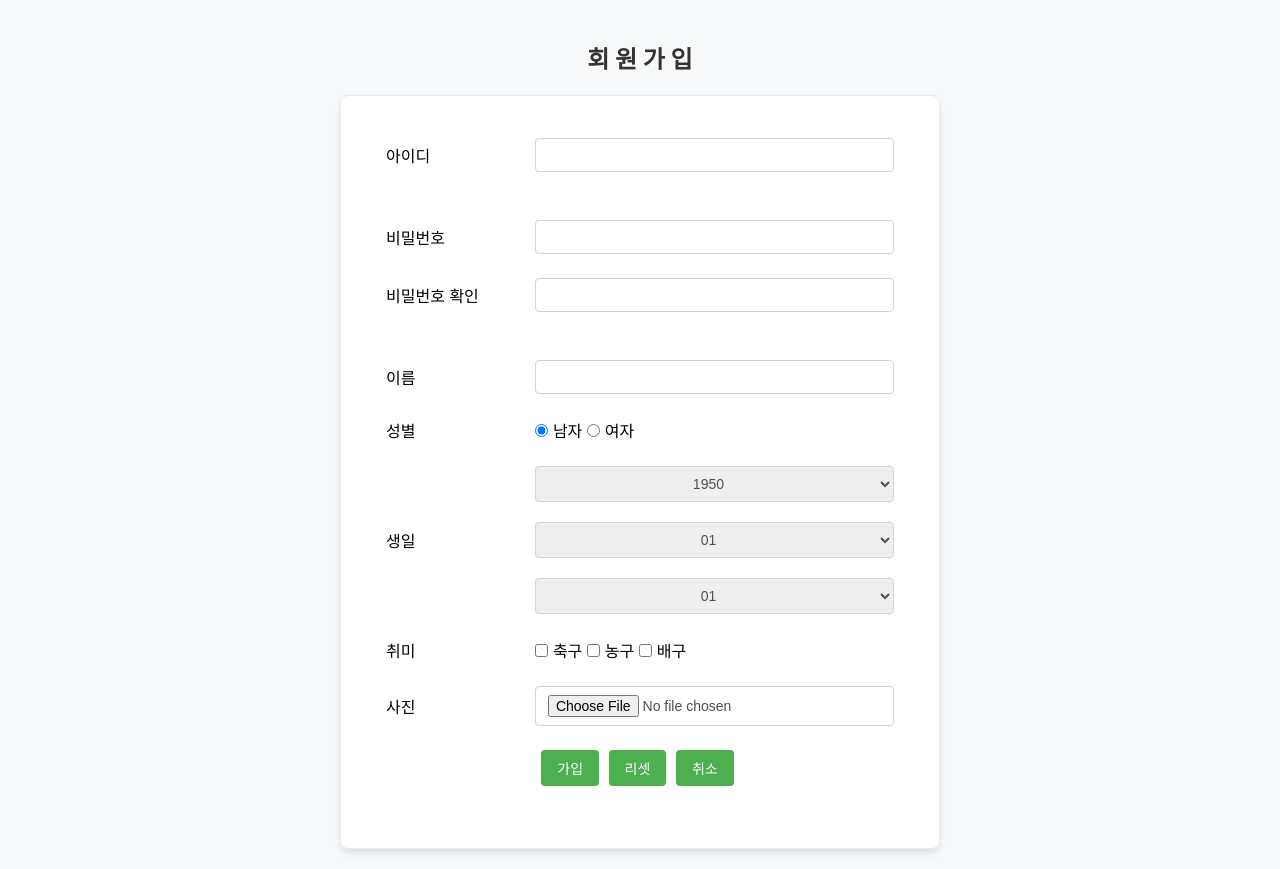
Repository: 1plus1equals3-true/Board-Project
Page: http://localhost/jsp/member/Join.jsp
An editor plug-in stored every save of this project. The page is shown before and after the next save, followed by the edit.
The browser window is 1280 px wide. The pictures show the whole page.
The page is served by Tomcat 9. Other server files are loaded and not shown.

Above is the page before, as saved 2025-09-16 02:19:11.

### jsp/src/main/webapp/member/Join.jsp
<%@ page language="java" contentType="text/html; charset=UTF-8"
    pageEncoding="UTF-8"%>
<%@ page import="java.util.Date" %>
<%@ page import="java.text.SimpleDateFormat" %>
<!DOCTYPE html>
<html>
<head>
<meta charset="UTF-8">
<title>회원가입</title>
<script src="https://code.jquery.com/jquery-3.7.1.min.js"></script>
<style>
/* 전역 스타일 */
*{
	margin: 0 auto;
	padding: 0;
	text-align: center;
	box-sizing: border-box;
}

body {
    background-color: #f8f9fa;
    font-family: -apple-system, BlinkMacSystemFont, "Segoe UI", Roboto, "Helvetica Neue", Arial, sans-serif;
}

/* 제목 스타일 */
h2 {
    color: #333;
    margin-top: 40px;
    margin-bottom: 20px;
}

/* 폼 컨테이너 */
form {
    background-color: #fff;
    padding: 30px;
    border: 1px solid #e9ecef;
    border-radius: 8px;
    width: 90%;
    max-width: 600px;
    margin: 20px auto;
    box-shadow: 0 4px 6px rgba(0,0,0,0.1);
}

/* 테이블 스타일 (게시판 테이블과 유사하게) */
table {
    width: 100%;
    border-collapse: collapse;
    margin-bottom: 20px;
}

table td {
    padding: 12px 15px;
    text-align: left;
}

/* 입력 필드, 선택 박스 스타일 (검색 폼과 유사하게) */
input[type="text"],
input[type="password"],
input[type="file"],
select {
    padding: 8px 12px;
    border: 1px solid #ced4da;
    border-radius: 4px;
    font-size: 14px;
    color: #495057;
    width: 100%;
    box-sizing: border-box;
}

/* 라디오 버튼, 체크박스 스타일 */
input[type="radio"],
input[type="checkbox"] {
    width: auto;
    margin-right: 5px;
}

/* 버튼 스타일 (게시판 글쓰기, 검색 버튼과 유사하게) */
input[type="submit"],
input[type="reset"],
button {
    padding: 8px 16px;
    border: none;
    border-radius: 4px;
    background-color: #4CAF50;
    color: white;
    font-size: 14px;
    cursor: pointer;
    transition: background-color 0.3s ease;
    margin-right: 5px;
}

input[type="submit"]:hover,
input[type="reset"]:hover,
button:hover {
    background-color: #0056b3;
}

</style>
</head>
<body>
<%
  Date today = new Date(); // 현재 날짜와 시간 객체 생성
  SimpleDateFormat yearFormat = new SimpleDateFormat("yyyy"); // 년도 형식 지정
  String year = yearFormat.format(today); // 년도만 추출
  int intyear = Integer.parseInt(year);
%>
	<h2>회 원 가 입</h2>
<%
	String loginerr = request.getParameter("loginerr");
	if (loginerr != null) out.print("비밀번호가 일치하지 않습니다.");
%>

	<form action="Join_proc.jsp" method="post" enctype="multipart/form-data">
		<table>
		<tr>
		<td>아이디</td>
		<td><input type="text" name="uid" id="uid" onkeyup="id_check()"></td>
		</tr>

		<tr>
		<td colspan="2" style="text-align: center;"><span id="id_msg"></span></td>
		</tr>

		<tr>
		<td>비밀번호</td>
		<td><input type="password" name="upass1" id="upass1" onkeyup="pass_check()"></td>
		</tr>

		<tr>
		<td>비밀번호 확인</td>
		<td><input type="password" name="upass2" id="upass2" onkeyup="pass_check()"></td>
		</tr>

		<tr>
		<td colspan="2" style="text-align: center;"><span id="pass_msg"></span></td>
		</tr>

		<tr>
		<td>이름</td>
		<td><input type="text" name="uname"></td>
		</tr>

		<tr>
		<td>성별</td>
		<td><input type="radio" name="sex" value="M" checked="checked">남자
			<input type="radio" name="sex" value="F">여자</td>
		</tr>

		<tr>
		<td>생일</td>
		<td>
		<select name="yyyy">
		<%
			for (int i=1950; i<=intyear; i++) {
		%>
				<option value="<%= i %>"><%= i %></option>
		<%
			}
		%>
		</select><br><br>

		<select name="mm">
		<%
			for (int i=1; i<=12; i++) {
		%>
				<option value="<%= i %>">
										<% if (i < 10) { %>
											0<%= i %>
										<% } else { %>
											<%= i %>
										<% } %>
				</option>
		<%
			}
		%>
		</select><br><br>

		<select name="dd">
		<%
			for (int i=1; i<=31; i++) {
		%>
				<option value="<%= i %>">
										<% if (i < 10) { %>
											0<%= i %>
										<% } else { %>
											<%= i %>
										<% } %>
				</option>
		<%
			}
		%>
		</select>
		</td>
		</tr>

		<tr>
		<td>취미</td>
		<td><input type="checkbox" name="hobby" value="football">축구
			<input type="checkbox" name="hobby" value="basketball">농구
			<input type="checkbox" name="hobby" value="Volleyball">배구</td>
		</tr>

		<tr>
		<td>사진</td>
		<td><input type="file" name="upfile" accept=".gif, .jpg, .png"></td>
		</tr>

		<tr>
		<td colspan="2" style="text-align: center;"><input type="submit" value="가입">
			<input type="reset" value="리셋">
		<button type="button" onclick="history.back()">취소</button>
		</td>
		</tr>

		</table>
	</form>
</body>

<script type="text/javascript">
function submit_check() {
	var uid = document.getElementById("uid");
	   if(uid.value.trim().length < 4 ){
	      alert('아이디');
	      uid.focus();
	      return;
	}
	   document.join_form.submit();
}

function id_check()
{
   var uid = $('#uid').val();

   if(uid.length < 4)
   {
      return;
   }

   $.ajax({
      url : "./Join_check.jsp",
      type : "post",
      data : {uid: uid},
      dataType : 'html',
      success : function(result){

         var data = result.trim();

         if(data == "Y")
         {
            var msg = "<font color='blue'>아이디 사용 가능</font>";
            $('#id_msg').html(msg);
         }
         else
         {
            var msg = "<font color='red'>아이디 사용 불가</font>";
            $('#id_msg').html(msg);
         }
      },
      error: function (request, status, error) {
           console.log("code: " + request.status)
           console.log("message: " + request.responseText)
           console.log("error: " + error);
       }
   });
   return;
}

function pass_check() {
	var pass1 = $('#upass1').val();
	var pass2 = $('#upass2').val();

	if(pass1.length < 4 || pass2.length < 4)
	   {
			return;
	   }

	if (pass1 == pass2) {
		$('#pass_msg').html("<font color='blue'>비밀번호 확인됨</font>");
	}else {
		$('#pass_msg').html("<font color='red'>비밀번호 서로 다름</font>");
	}
}
</script>


</html>

After the next save:
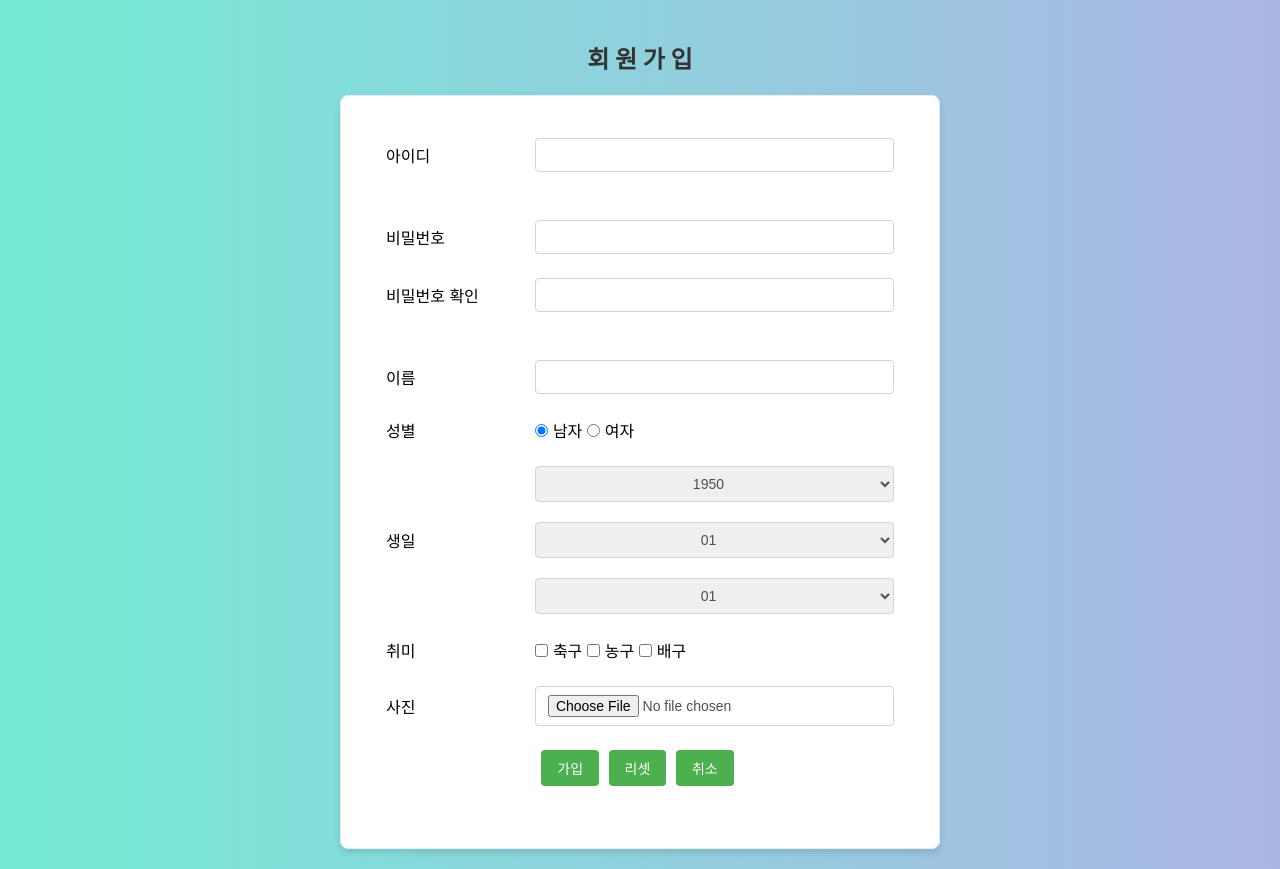
Saved 6 min 6 s later.
--- a/jsp/src/main/webapp/member/Join.jsp
+++ b/jsp/src/main/webapp/member/Join.jsp
@@ -18,6 +18,7 @@
 }
 
 body {
+    background: linear-gradient(to right, #74ebd5, #ACB6E5);
     background-color: #f8f9fa;
     font-family: -apple-system, BlinkMacSystemFont, "Segoe UI", Roboto, "Helvetica Neue", Arial, sans-serif;
 }
